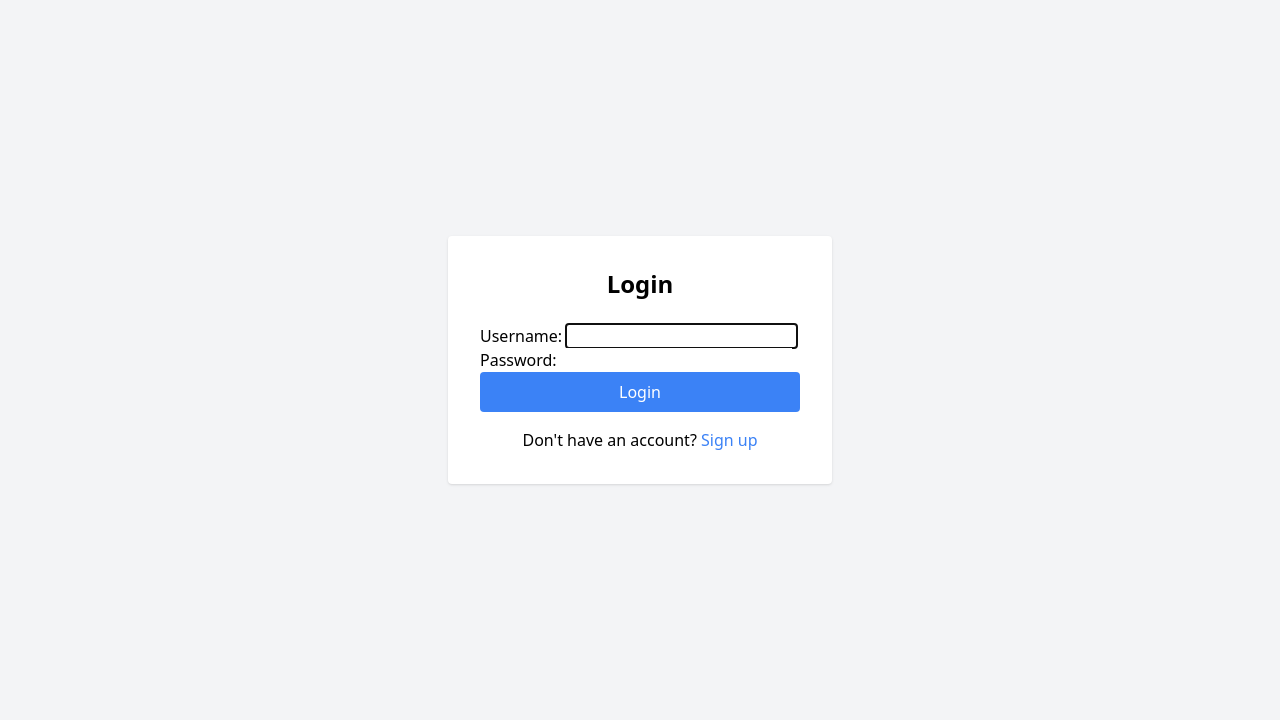
Repository: MuhammedAfsalCP/demo
Page: http://localhost/login/?next=/cart/
An editor plug-in stored every save of this project. The page is shown before and after a run of saves, followed by the edit.
The browser window is 1280 px wide. The pictures show the whole page.
Some web libraries are served in a nearby version. The page is served by the project's application, run on Django 5.2 (techmart/manage.py). The page reads the database file committed with the project.

Above is the page before, as saved 2025-08-14 15:19:35.

After the next 2 saves:
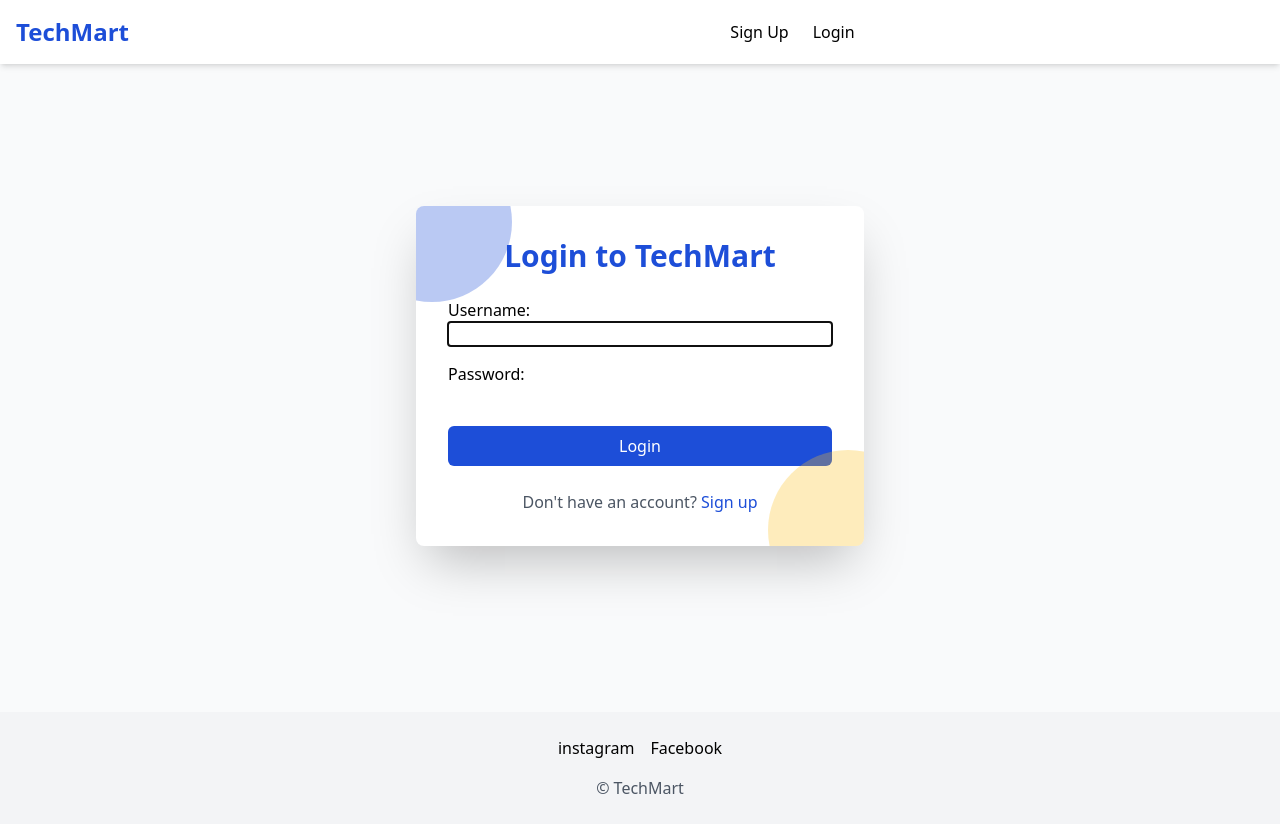
The 2 saves are shown as one change because 1 did not build or start.
The last was saved 94 s later.
--- a/techmart/templates/store/login.html
+++ b/techmart/templates/store/login.html
@@ -1,25 +1,37 @@
-<!DOCTYPE html>
-<html lang="en">
-<head>
-    <meta charset="UTF-8">
-    <title>Login - TechMart</title>
-    <script src="https://cdn.tailwindcss.com"></script>
-</head>
-<body class="bg-gray-100 flex justify-center items-center h-screen">
+{% extends "store/base.html" %}
 
-<div class="bg-white p-8 rounded shadow w-96">
-    <h1 class="text-2xl font-bold mb-6 text-center">Login</h1>
+{% block content %}
+<div class="flex justify-center items-center min-h-[80vh]">
+    <div class="bg-white shadow-2xl rounded-lg w-full max-w-md p-8 relative overflow-hidden">
 
-    <form method="post">
-        {% csrf_token %}
-        {{ form.as_p }}
-        <button type="submit" class="w-full bg-blue-500 text-white px-4 py-2 rounded hover:bg-blue-600 transition">Login</button>
-    </form>
+        <!-- Decorative gradient circles -->
+        <div class="absolute -top-16 -left-16 w-40 h-40 bg-[var(--primary-color)] rounded-full opacity-30"></div>
+        <div class="absolute -bottom-16 -right-16 w-40 h-40 bg-[var(--secondary-color)] rounded-full opacity-30"></div>
 
-    <p class="mt-4 text-center">Don't have an account?
-        <a href="{% url 'signup' %}" class="text-blue-500 hover:underline">Sign up</a>
-    </p>
+        <h1 class="text-3xl font-bold mb-6 text-center text-[var(--primary-color)]">Login to TechMart</h1>
+
+        <form method="post" class="space-y-4">
+            {% csrf_token %}
+            {% for field in form %}
+                <div class="flex flex-col">
+                    {{ field.label_tag }}
+                    {{ field }}
+                    {% if field.errors %}
+                        <span class="text-red-500 text-sm mt-1">{{ field.errors }}</span>
+                    {% endif %}
+                </div>
+            {% endfor %}
+            <button type="submit" class="w-full bg-[var(--primary-color)] text-white px-4 py-2 rounded-md hover:bg-[var(--secondary-color)] transition font-medium">
+                Login
+            </button>
+        </form>
+
+        <p class="mt-6 text-center text-gray-600">
+            Don't have an account?
+            <a href="{% url 'signup' %}" class="text-[var(--primary-color)] hover:underline">Sign up</a>
+        </p>
+
+
+    </div>
 </div>
-
-</body>
-</html>
+{% endblock %}
